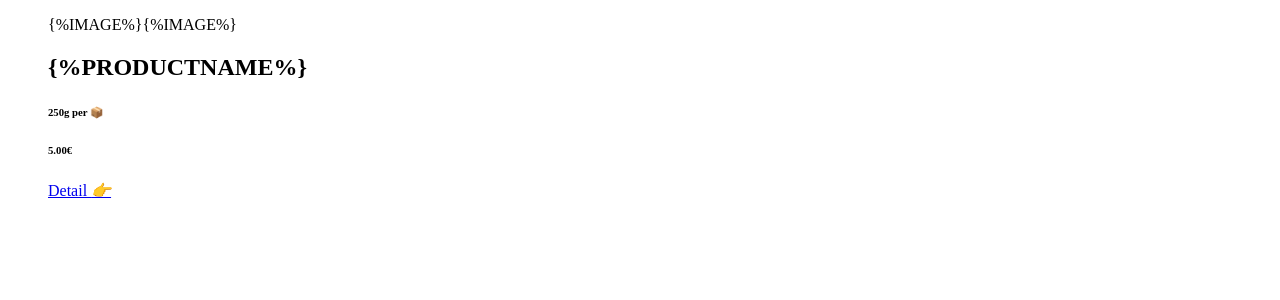
Repository: Kaii-Dev/NODEJS-by-JONAS
Page: 1-node-farm/starter/templates/card.html
The author's editor kept a copy of each file at every save. The page is drawn from the files as they stood at one save, then again after a run of saves.
The browser window is 1280 px wide. The pictures show the whole page.

Above is the page before, as saved 2022-08-03 13:55:15.

After the next 2 saves:
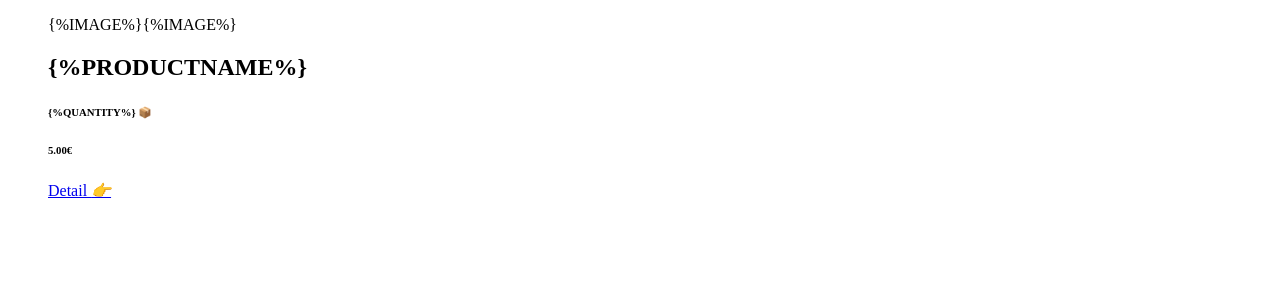
The 2 saves are shown as one change because they came seconds apart.
The last was saved 8 s later.
--- a/1-node-farm/starter/templates/card.html
+++ b/1-node-farm/starter/templates/card.html
@@ -6,7 +6,7 @@
 
    <div class="card__details">
      <div class="card__detail-box {%NOT_ORGANIC%}">
-       <h6 class="card__detail">250g per 📦</h6>
+       <h6 class="card__detail">{%QUANTITY%} 📦</h6>
      </div>
 
      <div class="card__detail-box">
